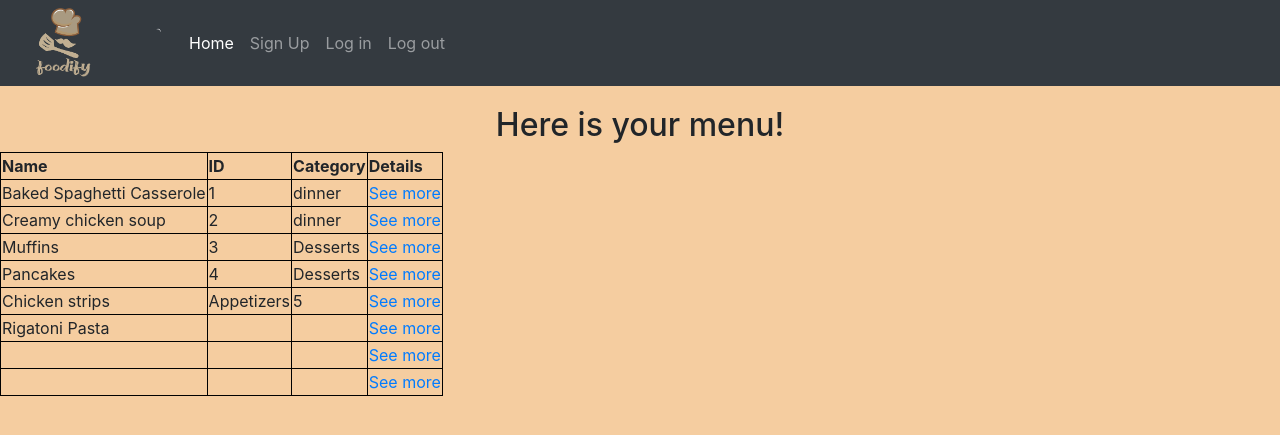
Repository: RanaHisham18/Foodify-Web-App
Page: Project IA raghda/usermenu.html
These files come from the project's save history. The page is drawn as it stood at one moment and after a run of saves; the edit follows.
The browser window is 1280 px wide. The pictures show the whole page.

Above is the page before, as saved 2022-01-06 18:30:52.

After the next 3 saves:
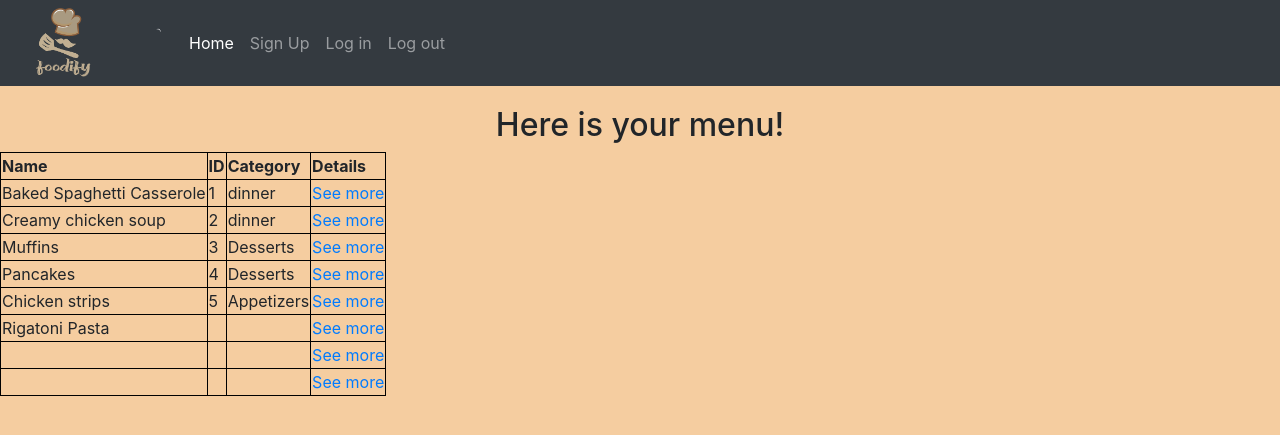
The 3 saves are shown as one change because they came seconds apart.
The last was saved 10 s later.
--- a/Project IA raghda/usermenu.html
+++ b/Project IA raghda/usermenu.html
@@ -77,8 +77,8 @@
 </tr>
 <tr>
     <td>Chicken strips</td>
+    <td>5</td>
     <td>Appetizers</td>
-    <td>5</td>
     <td><a href="Appetizers.html">See more</a></td>
 </tr>
 <tr>
